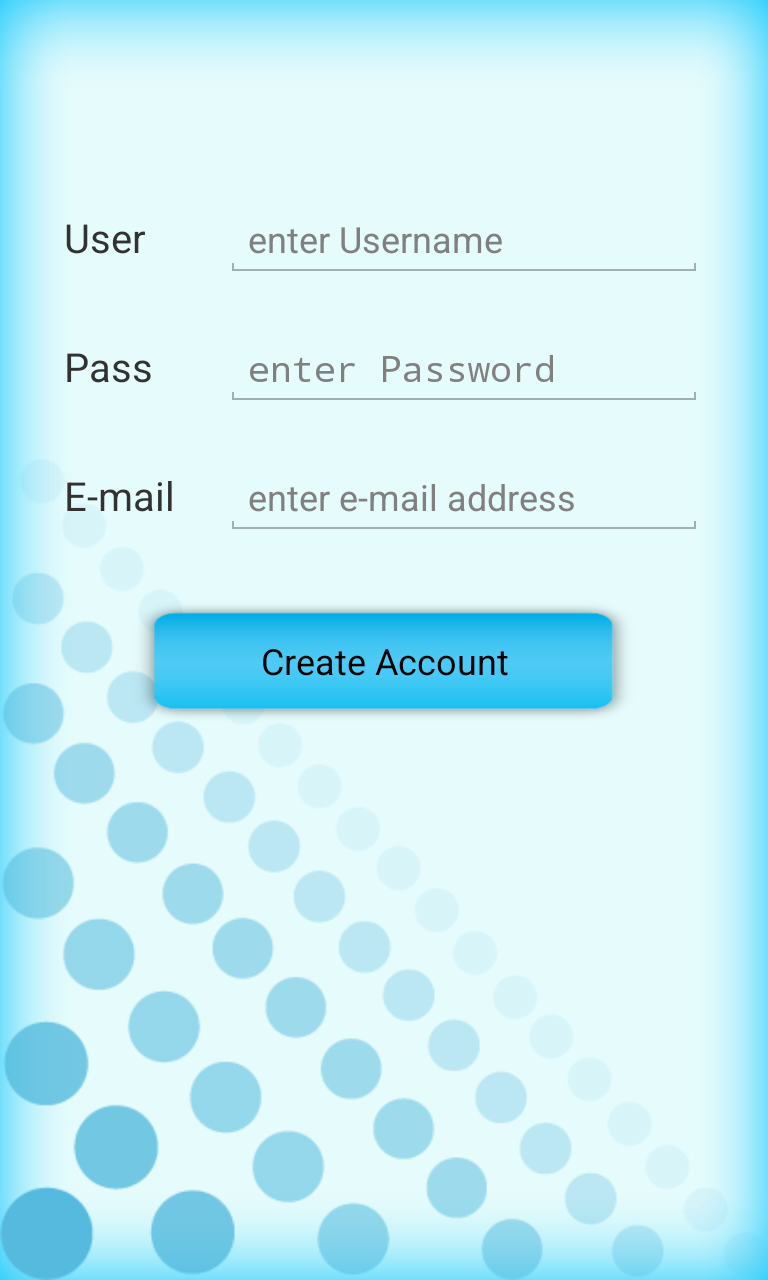
Repository: frebblegameteam/FrebbleApp
Layout: Frebble/res/layout/activity_sign_up.xml
An editor plug-in stored every save of this project. The layout is shown before and after the next save, followed by the edit.
It is drawn on a 768 x 1280 px phone screen (xhdpi) without system bars, with theme FrebbleABTheme; the app's code is not run.

Above is the layout before, as saved 2014-10-09 08:32:02.

### Frebble/res/layout/activity_sign_up.xml
<RelativeLayout xmlns:android="http://schemas.android.com/apk/res/android"
    xmlns:tools="http://schemas.android.com/tools"
    android:layout_width="match_parent"
    android:layout_height="match_parent"
    android:background="@drawable/background" >

    <ImageView
        android:id="@+id/imageView1"
        android:layout_width="wrap_content"
        android:layout_height="wrap_content"
        android:layout_alignParentBottom="true"
        android:layout_alignParentLeft="true"
        android:adjustViewBounds="true"
        android:src="@drawable/balletjes" />

    <RelativeLayout
        android:layout_width="wrap_content"
        android:layout_height="wrap_content"
        android:paddingLeft="@dimen/activity_horizontal_margin"
        android:paddingRight="@dimen/activity_horizontal_margin"
        tools:context="com.hollandhaptics.frebble.SignUpActivity" >

	<LinearLayout
        android:id="@+id/L00"
        android:layout_width="match_parent"
        android:layout_height="wrap_content"
        android:layout_marginTop="100dp"
        android:orientation="horizontal">

        <TextView android:layout_width="0dp"
       		android:layout_weight="1"
        	android:layout_height="wrap_content"
        	android:textSize="20sp"
        	android:text="@string/User"/>

        <EditText android:id="@+id/userField"
    	    android:layout_width="0dp"
        	android:layout_weight="3"
        	android:layout_height="wrap_content"
        	android:hint="@string/userHint"/>
        </LinearLayout>

        <LinearLayout android:id="@+id/L01"
        android:layout_width="match_parent"
        android:layout_height="wrap_content"
        android:layout_below="@id/L00"
        android:layout_marginTop="25dp"
        android:orientation="horizontal">

        <TextView android:layout_width="0dp"
            android:layout_weight="1"
        	android:layout_height="wrap_content"
        	android:textSize="20sp"
        	android:text="@string/Password"/>

        <EditText android:id="@+id/passwordField"
            android:inputType="textPassword"
            android:layout_width="0dp"
        	android:layout_weight="3"
        	android:layout_height="wrap_content"
        	android:hint="@string/passwordHint"/>
        </LinearLayout>

        <LinearLayout android:id="@+id/L02"
        android:layout_width="match_parent"
        android:layout_height="wrap_content"
        android:layout_below="@id/L01"
        android:layout_marginTop="25dp"
        android:orientation="horizontal">

        <TextView android:layout_width="0dp"
            android:layout_weight="1"
        	android:layout_height="wrap_content"
        	android:textSize="20sp"
        	android:text="@string/Email"/>

        <EditText android:id="@+id/emailField"
            android:inputType="textEmailAddress"
            android:layout_width="0dp"
        	android:layout_weight="3"
        	android:layout_height="wrap_content"
        	android:hint="@string/emailHint"/>
        </LinearLayout>

        <Button
            android:id="@+id/createAccButton"
            android:layout_width="256dp"
            android:layout_height="64dp"
            android:layout_below="@id/L02"
            android:layout_centerHorizontal="true"
            android:layout_marginTop="30dp"
            android:background="@drawable/button"
            android:text="@string/createAccText" />

	</RelativeLayout>



</RelativeLayout>

### Frebble/res/values/styles.xml
<resources xmlns:android="http://schemas.android.com/apk/res/android">

    <!--
        Base application theme, dependent on API level. This theme is replaced
        by AppBaseTheme from res/values-vXX/styles.xml on newer devices.
    -->
    <style name="FrebbleABTheme" parent="Theme.AppCompat.Light">
        <item name="android:actionBarStyle">@style/frebbleABStyle</item>
    </style>

    <!-- Application theme. -->
    <style name="AppTheme" parent="AppBaseTheme">
        <!-- All customizations that are NOT specific to a particular API-level can go here. -->
    </style>

    <style name="FrebbleABTheme"
        parent="@android:style/Theme.Holo.Light.DarkActionBar" >

    </style>

    <style name="frebbleABStyle"
        parent="@android:style/Widget.Holo.Light.ActionBar.Solid.Inverse">
        <item name="android:background">@drawable/balk</item>

    </style>


</resources>

### Frebble/res/values/strings.xml
<?xml version="1.0" encoding="utf-8"?>
<resources>


    <string name="action_settings">Settings</string>
    <string name="User">User</string>
    <string name="userHint">enter Username</string>
    <string name="Password">Pass</string>
    <string name="passwordHint">enter Password</string>
    <string name="loginText">Log in</string>
    <string name="noAccount">No account?</string>
    <string name="signupText">Sign up</string>
    <string name="title_activity_sign_up">Sign up</string>
    <string name="Email">E-mail</string>
    <string name="emailHint">enter e-mail address</string>
    <string name="createAccText">Create Account</string>
    <string name="title_activity_settings">Settings</string>
    <string name="connectInfo">Enter partner\'s ID or e-mail</string>
    <string name="connectHint">ID or e-mail</string>
    <string name="OK">OK</string>
    <string name="Logout">Log out</string>
    <string name="Cancel">Cancel</string>
    <string name="title_activity_connect">Connect</string>
    <string name="placeholderSettings">Settings</string>
    <string name="placeholderConnect">Connect</string>
    <string name="title_activity_home">Frebble</string>
    <string name="homeInfo">tap "connect" button to start connecting</string>
    <string name="title_activity_notification_handler">NotificationHandler</string>
    <string name="hello_world">Hello world!</string>

</resources>

Loaded but not shown: Frebble/res/values-w820dp/dimens.xml (common file); Frebble/res/values/dimens.xml (common file)

After the next save:
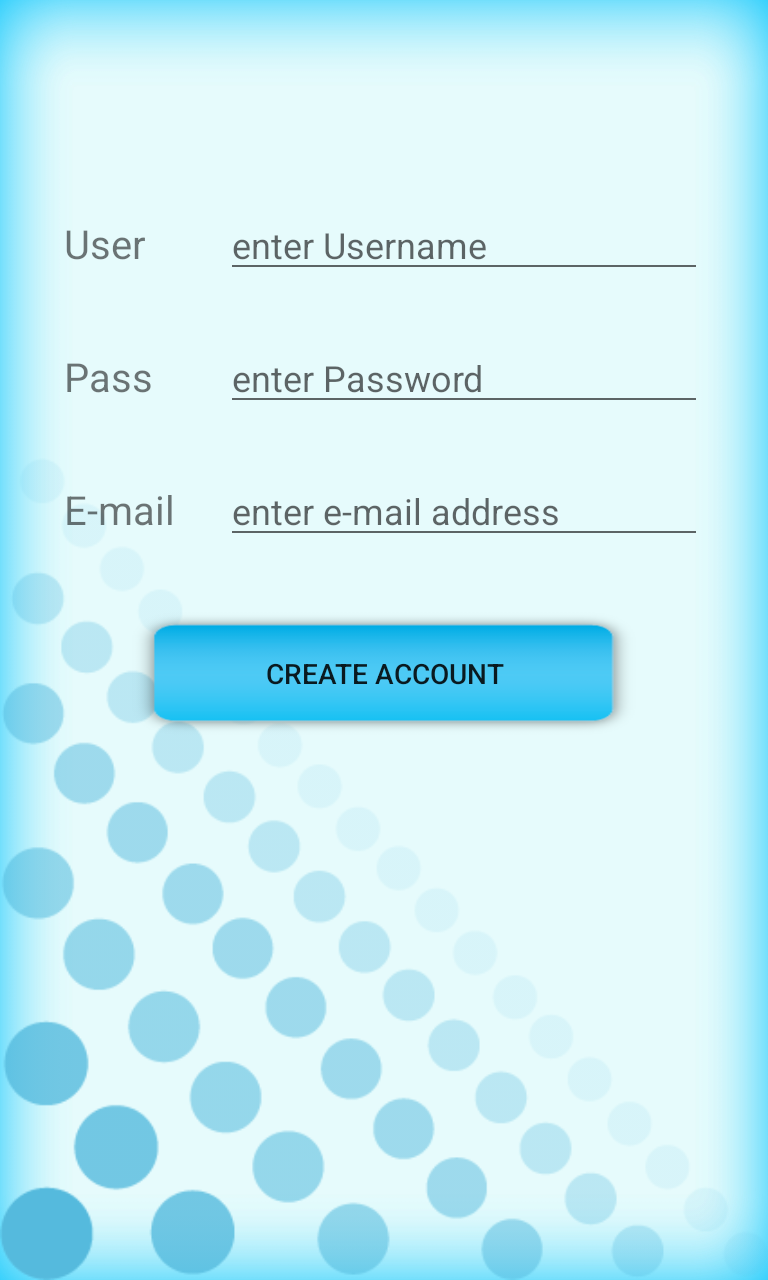
Saved 44 s later.
--- a/Frebble/res/values/styles.xml
+++ b/Frebble/res/values/styles.xml
@@ -9,20 +9,11 @@
     </style>
 
     <!-- Application theme. -->
-    <style name="AppTheme" parent="AppBaseTheme">
-        <!-- All customizations that are NOT specific to a particular API-level can go here. -->
-    </style>
-
-    <style name="FrebbleABTheme"
-        parent="@android:style/Theme.Holo.Light.DarkActionBar" >
-
-    </style>
-
-    <style name="frebbleABStyle"
-        parent="@android:style/Widget.Holo.Light.ActionBar.Solid.Inverse">
+    <style name="frebbleABStyle" parent="FrebbleABTheme">
         <item name="android:background">@drawable/balk</item>
-
     </style>
 
 
+
+
 </resources>

After the save that followed:
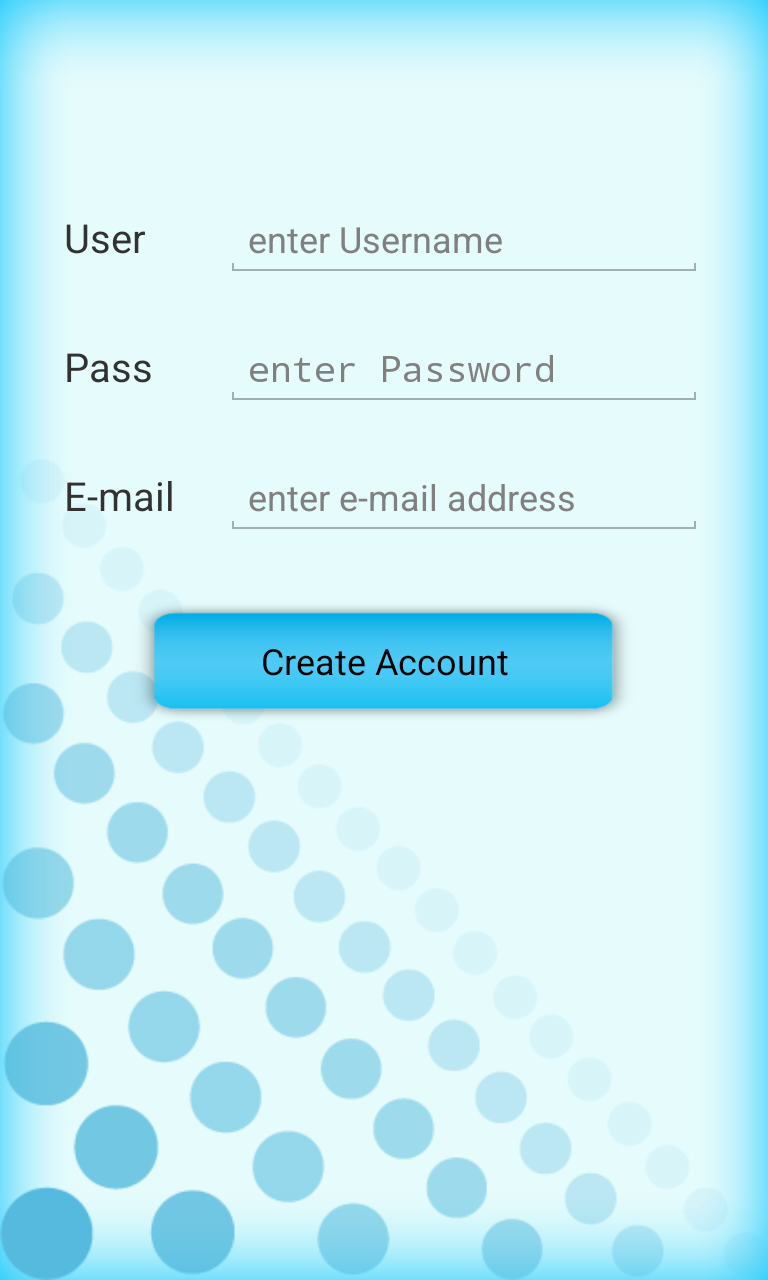
Saved 96 s later.
--- a/Frebble/res/values/styles.xml
+++ b/Frebble/res/values/styles.xml
@@ -4,16 +4,29 @@
         Base application theme, dependent on API level. This theme is replaced
         by AppBaseTheme from res/values-vXX/styles.xml on newer devices.
     -->
-    <style name="FrebbleABTheme" parent="Theme.AppCompat.Light">
+    <style name="AppBaseTheme" parent="Theme.AppCompat.Light">
+        <!--
+            Theme customizations available in newer API levels can go in
+            res/values-vXX/styles.xml, while customizations related to
+            backward-compatibility can go here.
+        -->
+    </style>
+
+    <!-- Application theme. -->
+    <style name="AppTheme" parent="AppBaseTheme">
+        <!-- All customizations that are NOT specific to a particular API-level can go here. -->
+    </style>
+
+    <style name="FrebbleABTheme"
+        parent="@android:style/Theme.Holo.Light.DarkActionBar"  >
         <item name="android:actionBarStyle">@style/frebbleABStyle</item>
     </style>
 
-    <!-- Application theme. -->
-    <style name="frebbleABStyle" parent="FrebbleABTheme">
+    <style name="frebbleABStyle"
+        parent="@android:style/Widget.Holo.Light.ActionBar.Solid.Inverse">
         <item name="android:background">@drawable/balk</item>
+
     </style>
 
 
-
-
 </resources>
